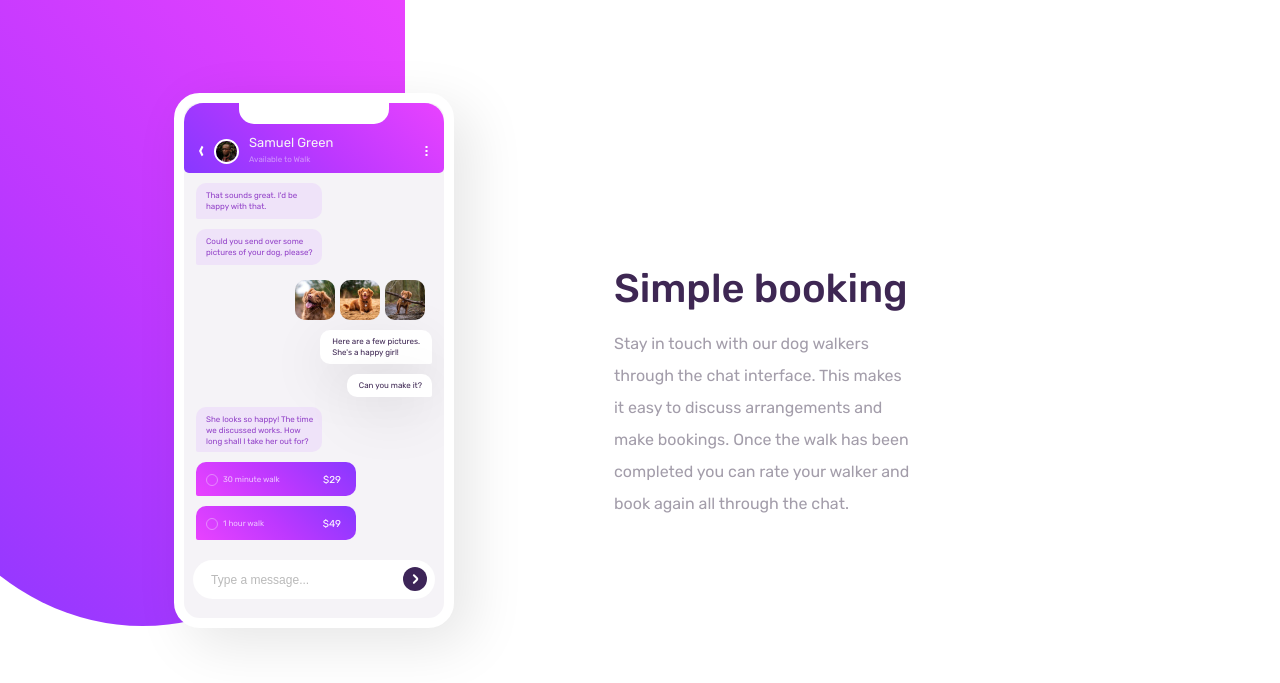
Repository: KamoliddinGIT/chat-app-css-illustration
Page: index.html
The author's editor kept a copy of each file at every save. The page is drawn from the files as they stood at one save, then again after the next save.
The browser window is 1280 px wide. The pictures show the whole page.

Above is the page before, as saved 2023-09-25 20:25:09.

After the next save:
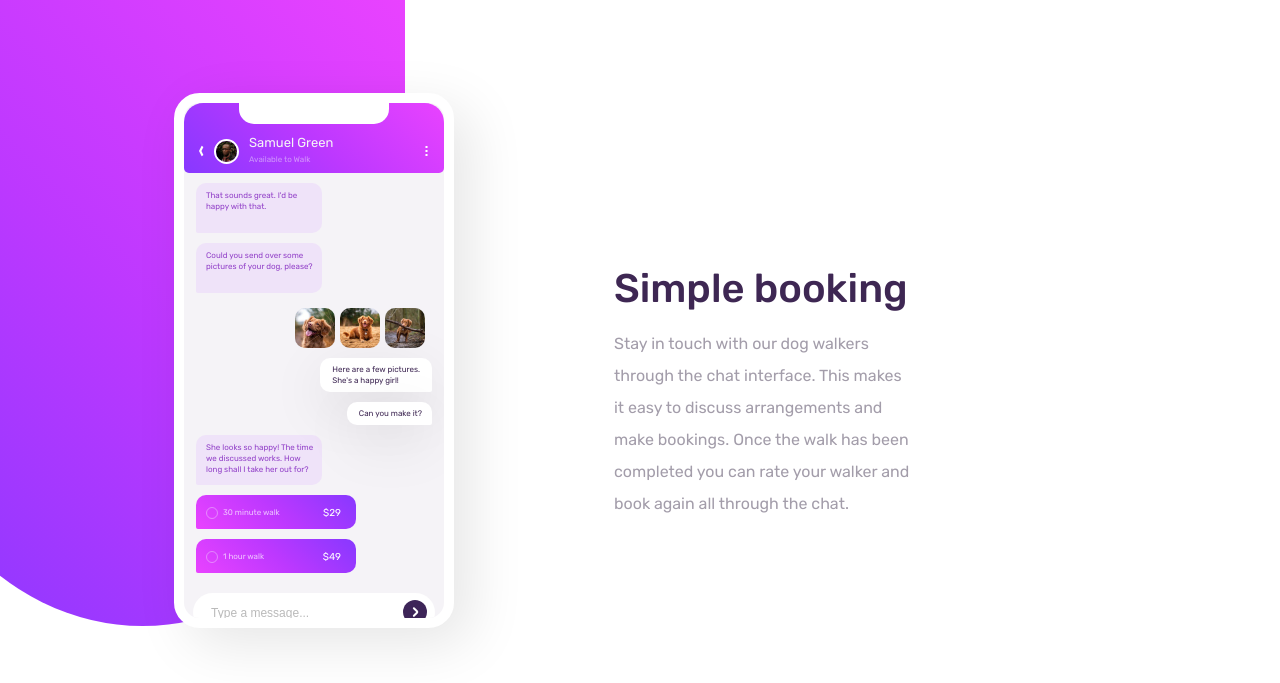
Saved 29 s later.
--- a/css/style.css
+++ b/css/style.css
@@ -131,7 +131,7 @@
 
 .receive-message {
   width: 126px;
-  min-height: 36px;
+  min-height: 50px;
   background-color: hsla(276, 100%, 81%, 0.2);
   padding: 7px 5px 7px 10px;
   border-radius: 10px 10px 10px 2px;

After the save that followed:
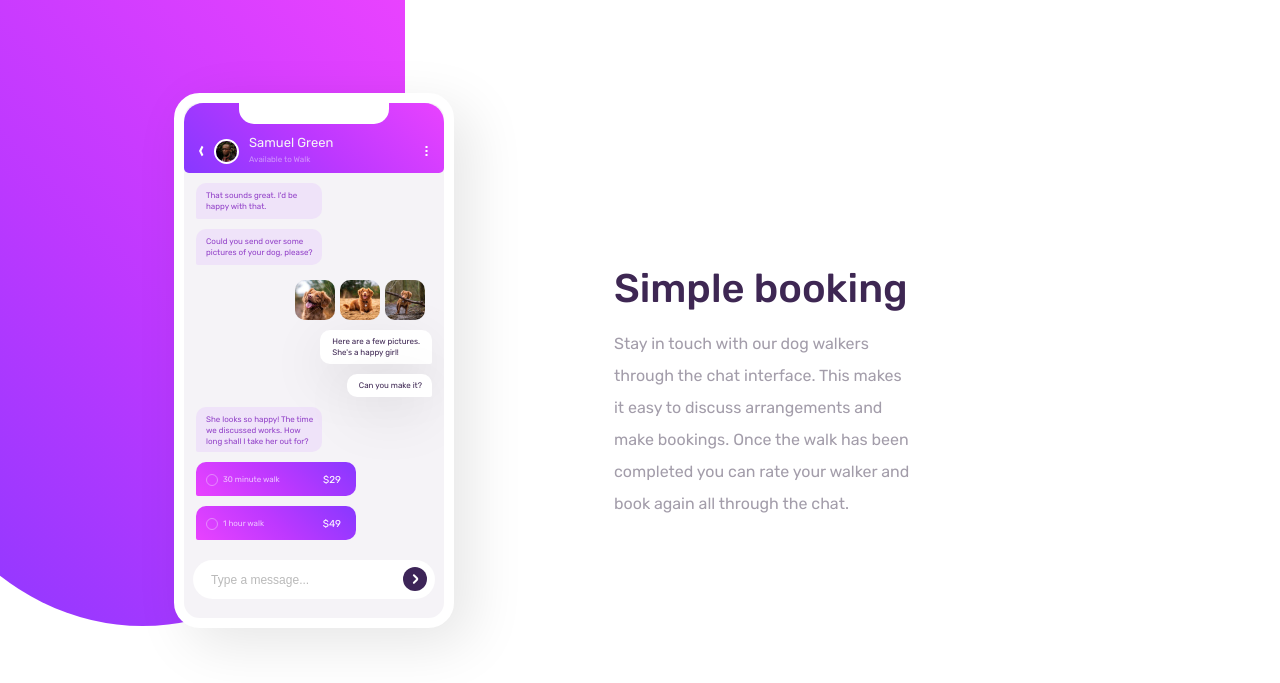
Saved 9 s later.
--- a/css/style.css
+++ b/css/style.css
@@ -131,7 +131,7 @@
 
 .receive-message {
   width: 126px;
-  min-height: 50px;
+  min-height: 36px;
   background-color: hsla(276, 100%, 81%, 0.2);
   padding: 7px 5px 7px 10px;
   border-radius: 10px 10px 10px 2px;
